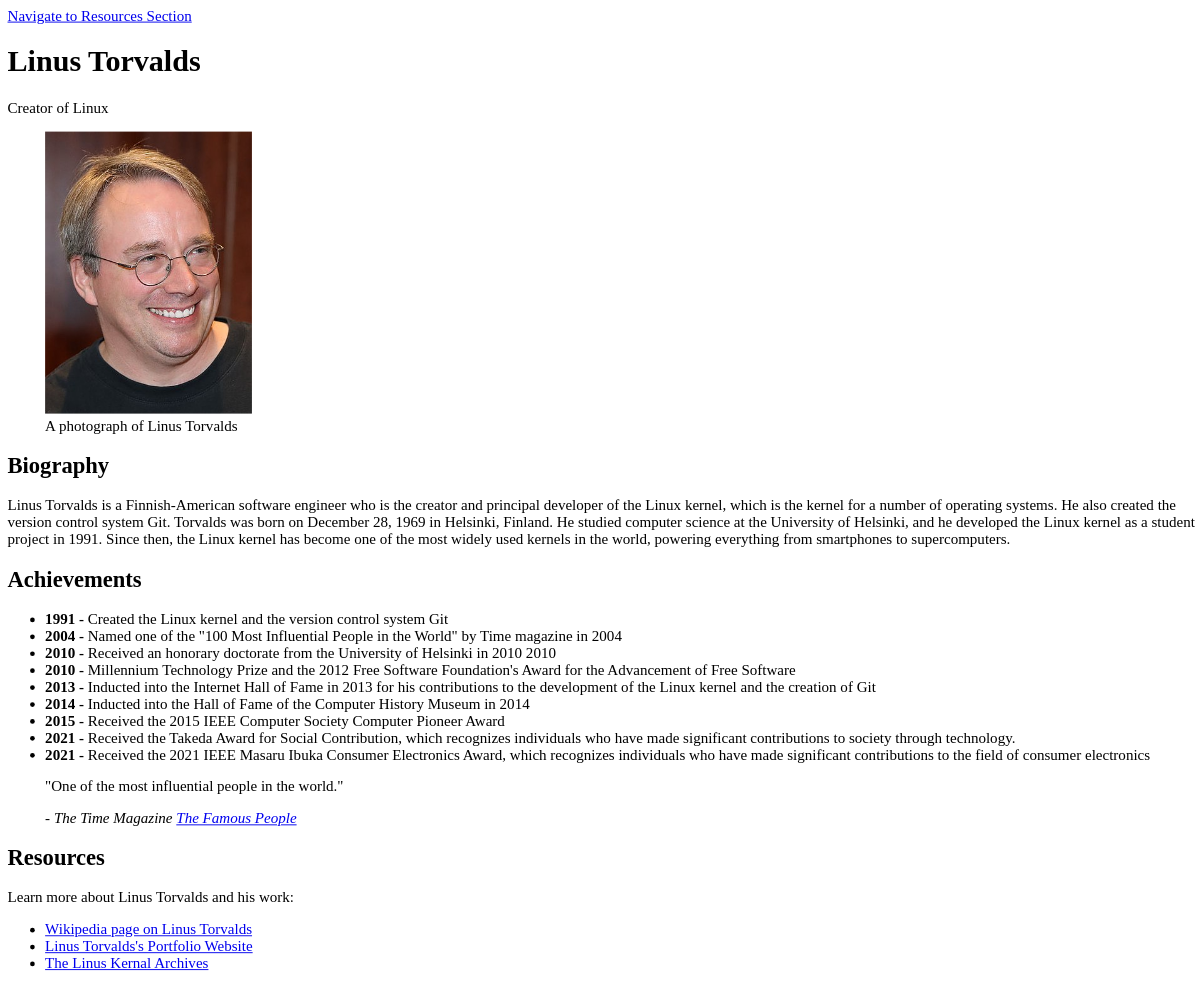
Repository: shoaib-1729/Web-Dev-Course_Dot-Batch_Love-Babbar
Page: 02_HTML Session Basics-to-Pro Level/03_HTML-Basics-Session-III/03_Code-Practice-Session-3/02_linusTorvaldsPortfolio.html
The author's editor kept a copy of each file at every save. The page is drawn from the files as they stood at one save, then again after the next save.
The browser window is 1280 px wide. The pictures show the whole page, at 94% of full size.

Above is the page before, as saved 2023-07-29 22:03:07.

### 02_HTML Session Basics-to-Pro Level/03_HTML-Basics-Session-III/03_Code-Practice-Session-3/02_linusTorvaldsPortfolio.html
<!DOCTYPE html>
<html lang="en">

<head>
    <meta charset="UTF-8">
    <meta name="viewport" content="width=device-width, initial-scale=1.0">
    <title>Linus Torvalds Portfolio Page</title>
</head>

<body>
    <!-- Intro Image Section -->
    <a href="#resources-section">Navigate to Resources Section</a>
    <h1>Linus Torvalds</h1>
    <p>Creator of Linux</p>

    <!-- Tag for providing image with Caption (refer MDN)-->
    <figure>

        <img src="images/Linus-Torvalds.jpeg" alt="Linus-Torvalds-Image" height="300px">
        <figcaption>A photograph of Linus Torvalds</figcaption>

    </figure>

    <!-- Biography Section -->
    <h2>Biography</h2>
    <p>Linus Torvalds is a Finnish-American software engineer who is the creator and principal developer of the Linux kernel, which is the kernel for a number of operating systems. He also created the version control system Git. Torvalds was born on December
        28, 1969 in Helsinki, Finland. He studied computer science at the University of Helsinki, and he developed the Linux kernel as a student project in 1991. Since then, the Linux kernel has become one of the most widely used kernels in the world,
        powering everything from smartphones to supercomputers.
    </p>

    <!-- Achievements Section -->
    <h2>Achievements</h2>
    <ul>
        <li>
            <b>1991 - </b>Created the Linux kernel and the version control system Git
        </li>

        <li>
            <b>2004 - </b>Named one of the "100 Most Influential People in the World" by Time magazine in 2004
        </li>

        <li>
            <b>2010 - </b>Received an honorary doctorate from the University of Helsinki in 2010 2010
        </li>

        <li>
            <b>2010 - </b>Millennium Technology Prize and the 2012 Free Software Foundation's Award for the Advancement of Free Software
        </li>

        <li>
            <b>2013 - </b>Inducted into the Internet Hall of Fame in 2013 for his contributions to the development of the Linux kernel and the creation of Git
        </li>

        <li>
            <b>2014 - </b>Inducted into the Hall of Fame of the Computer History Museum in 2014
        </li>

        <li>
            <b>2015 - </b>Received the 2015 IEEE Computer Society Computer Pioneer Award
        </li>

        <li>
            <b>2021 - </b>Received the Takeda Award for Social Contribution, which recognizes individuals who have made significant contributions to society through technology.

        </li>

        <li>
            <b>2021 - </b>Received the 2021 IEEE Masaru Ibuka Consumer Electronics Award, which recognizes individuals who have made significant contributions to the field of consumer electronics
        </li>
    </ul>

    <!-- blockquote & cite tags are used for quoting quotations said by individuals (refer MDN) -->
    <blockquote cite="https://www.thecodehelp.in">

        <p>"One of the most influential people in the world."</p>
        <cite>
            - The Time Magazine <a href="https://content.time.com/time/specials/packages/article/0,28804,1970858_1970909_1971691,00.html" target="_blank">The Famous People</a>
       </cite>

    </blockquote>


    <section id="resources-section">
        <h2>Resources</h2>
        <p>Learn more about Linus Torvalds and his work:</p>
        <ul>
            <li>
                <a href="https://en.wikipedia.org/wiki/Linus_Torvalds" target="_blank">Wikipedia page on Linus Torvalds</a>
            </li>

            <li>
                <a href="https://github.com/torvalds" target="_blank">Linus Torvalds's Portfolio Website</a>
            </li>



            <li>
                <a href="https://www.kernel.org/" target="_blank">The Linus Kernal Archives</a>
            </li>
        </ul>

    </section>
</body>

</html>

After the next save:
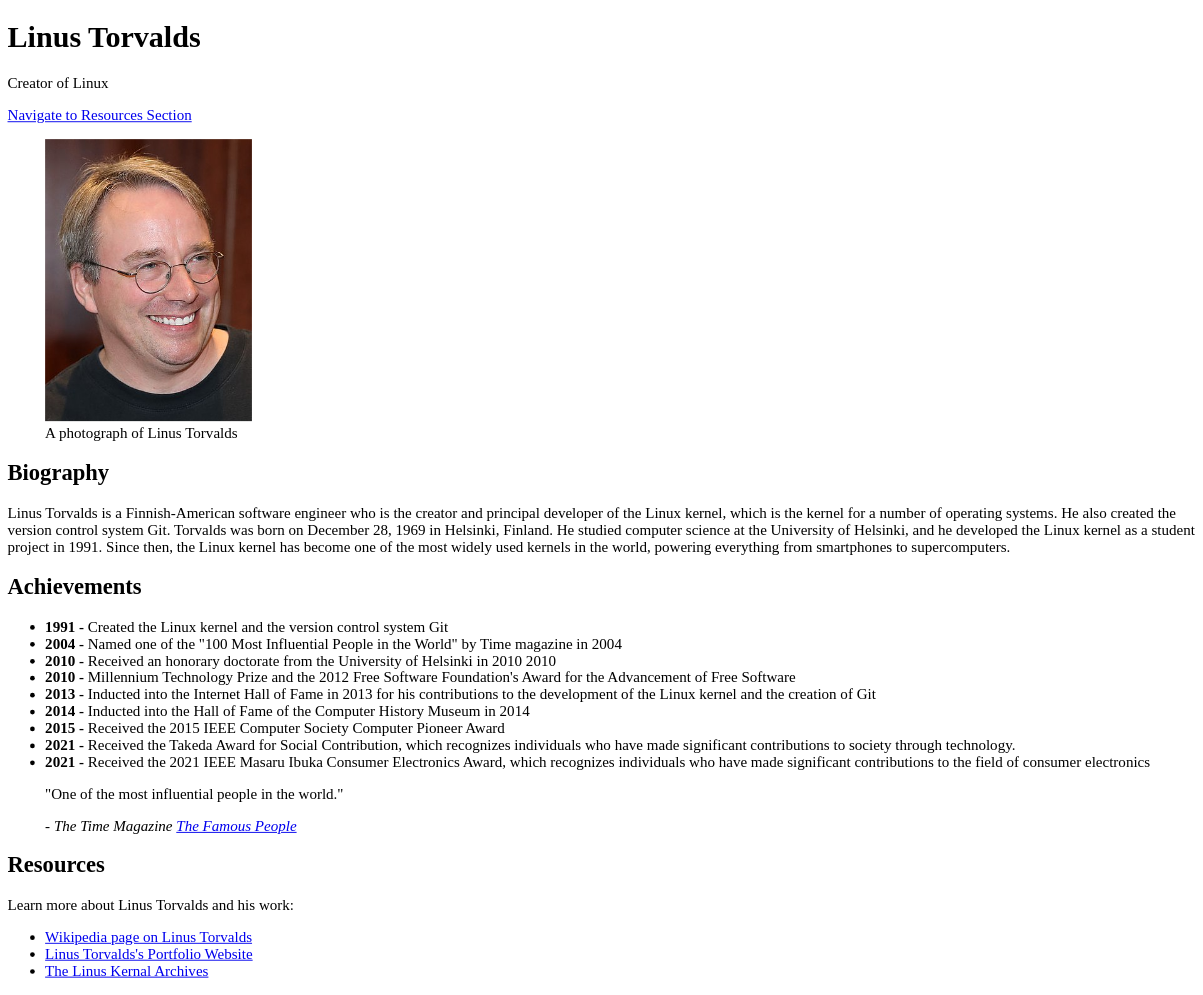
Saved 9 s later.
--- a/02_HTML Session Basics-to-Pro Level/03_HTML-Basics-Session-III/03_Code-Practice-Session-3/02_linusTorvaldsPortfolio.html
+++ b/02_HTML Session Basics-to-Pro Level/03_HTML-Basics-Session-III/03_Code-Practice-Session-3/02_linusTorvaldsPortfolio.html
@@ -9,9 +9,9 @@
 
 <body>
     <!-- Intro Image Section -->
-    <a href="#resources-section">Navigate to Resources Section</a>
     <h1>Linus Torvalds</h1>
     <p>Creator of Linux</p>
+    <a href="#resources-section">Navigate to Resources Section</a>
 
     <!-- Tag for providing image with Caption (refer MDN)-->
     <figure>
